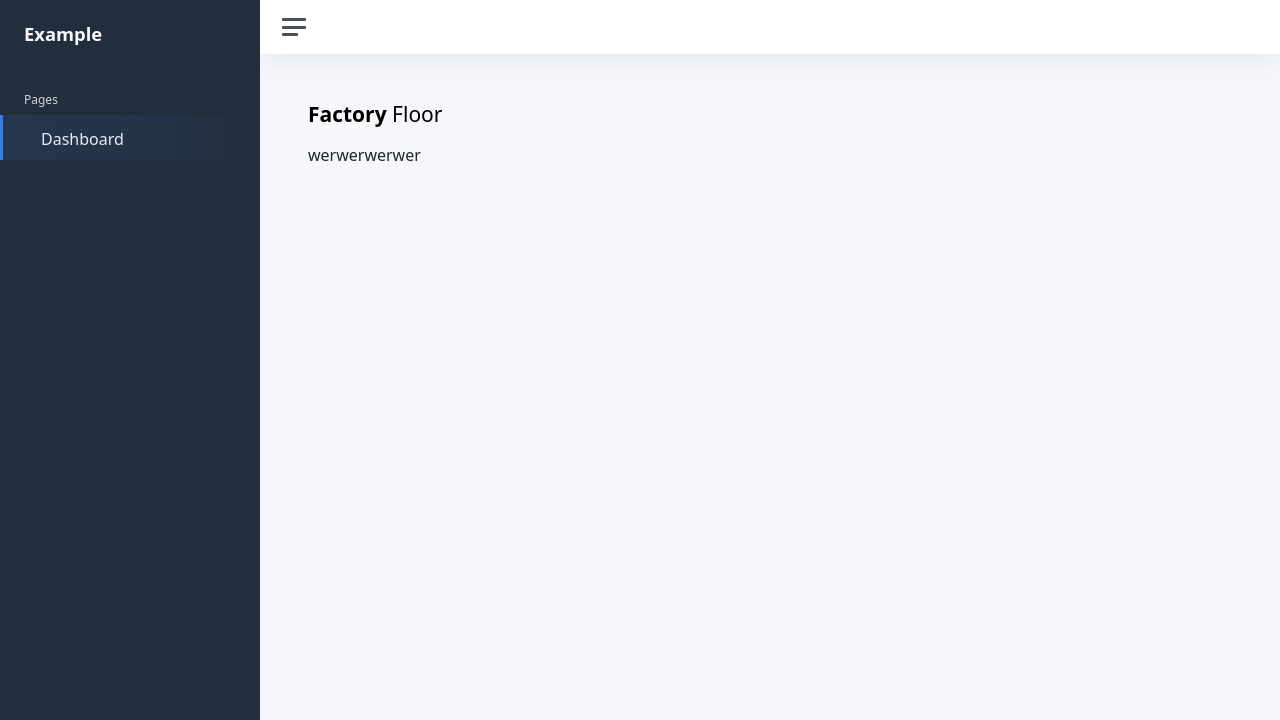
Repository: nick2price2003/rr-app
Page: /
The author's editor kept a copy of each file at every save. The page is drawn from the files as they stood at one save, then again after a run of saves.
The browser window is 1280 px wide. The pictures show the whole page.
The project was rebuilt for these pictures with package versions that can differ from the ones it lists, and the page was loaded fresh each time. The framework's server and built-in components were replaced by stand-ins that run in the browser. Also part of the build but not shown: next.config.js.

Above is the page before, as saved 2022-10-11 12:55:41.

### pages/index.js
import Head from "next/head";

export default function Home() {
  return (
    <div>
      <Head>
        <title>RR Example</title>
        <meta name='description' content='Generated by create next app' />
        <link rel='icon' href='/favicon.ico' />
      </Head>

      <div className='wrapper'>
        <nav id='sidebar' className='sidebar js-sidebar'>
          <div className='sidebar-content js-simplebar'>
            <a className='sidebar-brand' href='index.html'>
              <span className='align-middle'>Example</span>
            </a>

            <ul className='sidebar-nav'>
              <li className='sidebar-header'>Pages</li>

              <li className='sidebar-item active'>
                <a className='sidebar-link' href='index.html'>
                  <i className='align-middle' data-feather='sliders'></i>{" "}
                  <span className='align-middle'>Dashboard</span>
                </a>
              </li>
            </ul>
          </div>
        </nav>

        <div className='main'>
          <nav className='navbar navbar-expand navbar-light navbar-bg'>
            <a className='sidebar-toggle js-sidebar-toggle'>
              <i className='hamburger align-self-center'></i>
            </a>
          </nav>
          <main className='content'>
            <div className='container-fluid p-0'>
              <h1 className='h3 mb-3'>
                <strong>Factory</strong> Floor
              </h1>
              <div class='row'>
                <div class='col-xl-6 col-xxl-5 d-flex'>
                  <div class='w-100'>werwerwerwer</div>
                </div>
              </div>
            </div>
          </main>
        </div>
      </div>
    </div>
  );
}

Loaded but not shown: pages/_app.js (common file); styles/globals.css (library)

After the next 4 saves:
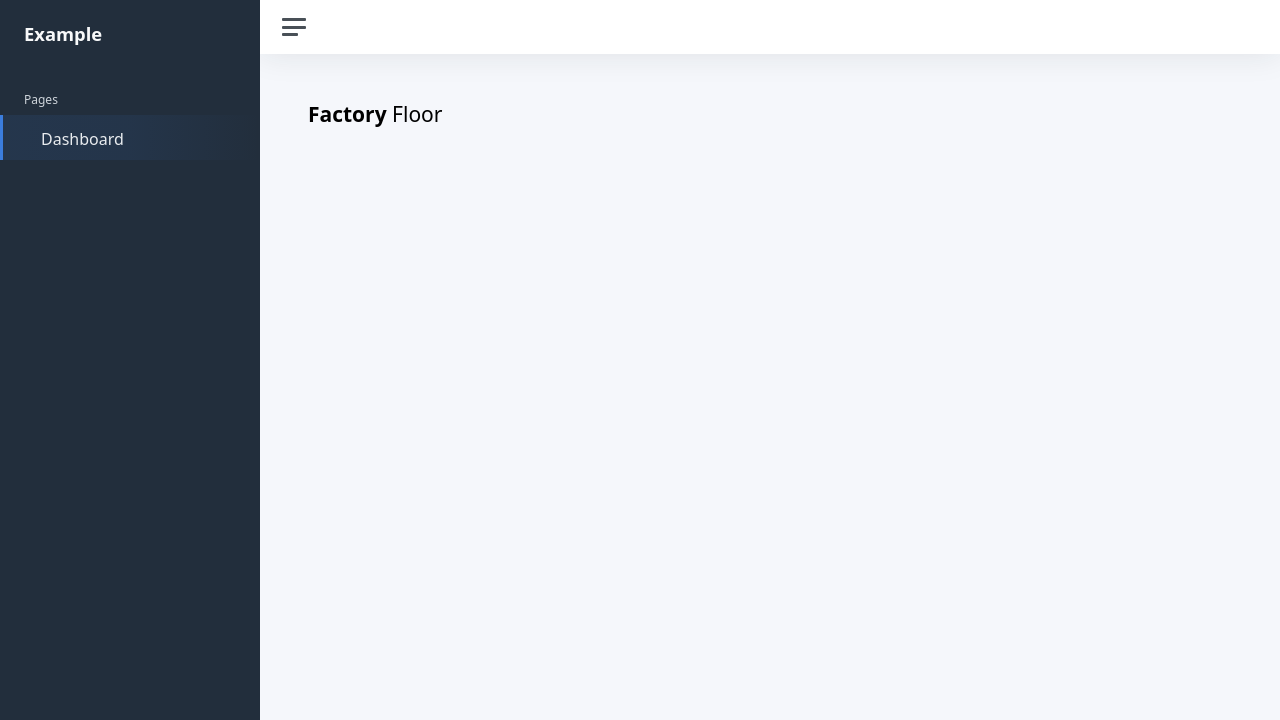
The 4 saves are shown as one change because 1 did not build or start and some came seconds apart.
The last was saved 19 min 31 s later.
--- a/pages/index.js
+++ b/pages/index.js
@@ -42,7 +42,11 @@ export default function Home() {
               </h1>
               <div class='row'>
                 <div class='col-xl-6 col-xxl-5 d-flex'>
-                  <div class='w-100'>werwerwerwer</div>
+                  <div class='w-100'>
+                    <div className="grid">
+
+                    </div>
+                  </div>
                 </div>
               </div>
             </div>
